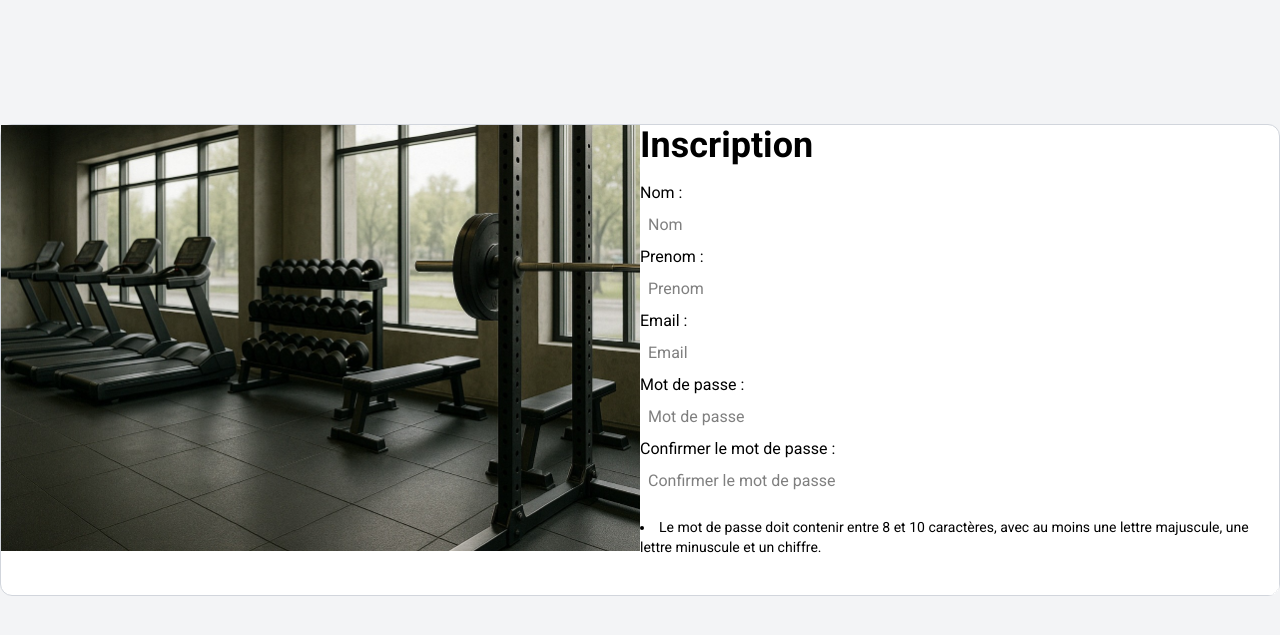
Repository: fahchouchsm/clubSportifWeb
Page: src/pages/inscription.html
These files come from the project's save history. The page is drawn as it stood at one moment and after the next save; the edit follows.
The browser window is 1280 px wide. The pictures show the whole page.

Above is the page before, as saved 2025-04-16 19:55:06.

After the next save:
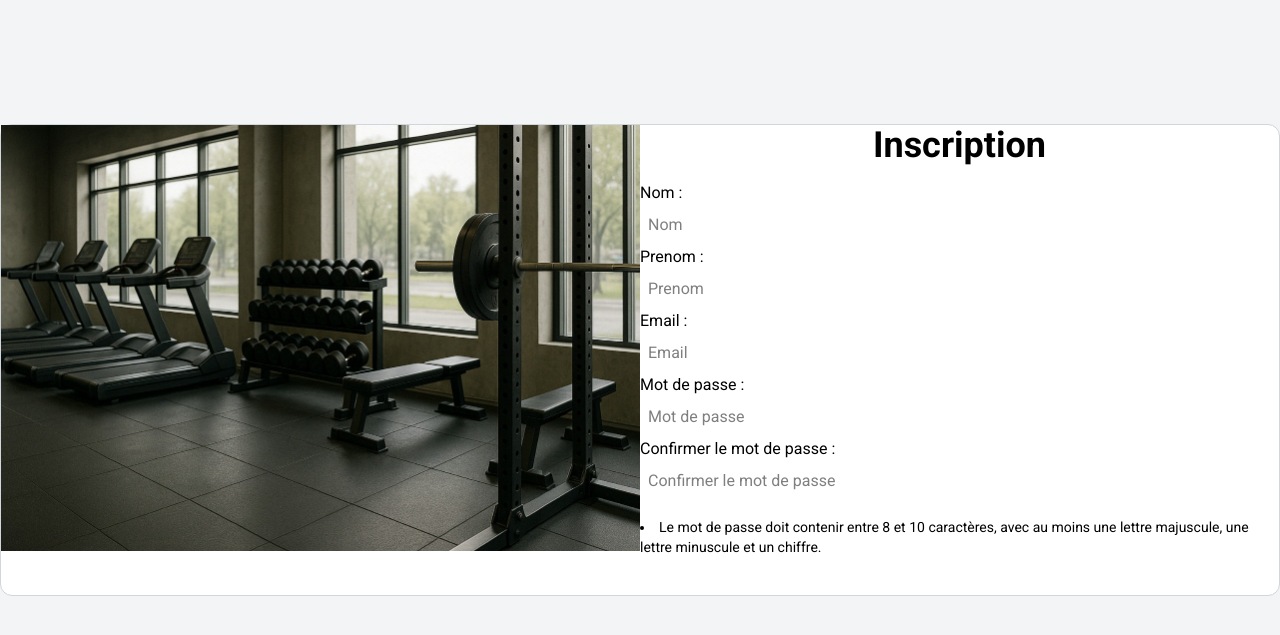
Saved 20 s later.
--- a/src/pages/inscription.html
+++ b/src/pages/inscription.html
@@ -23,7 +23,7 @@
         <form
           action="../php/inscription.php"
           method="post"
-          class="flex w-1/2 flex-col gap-4 p-6"
+          class="flex w-1/2 flex-col items-center gap-4 p-6"
         >
           <h1 class="text-4xl font-bold">Inscription</h1>
           <!-- inputs -->

After the save that followed:
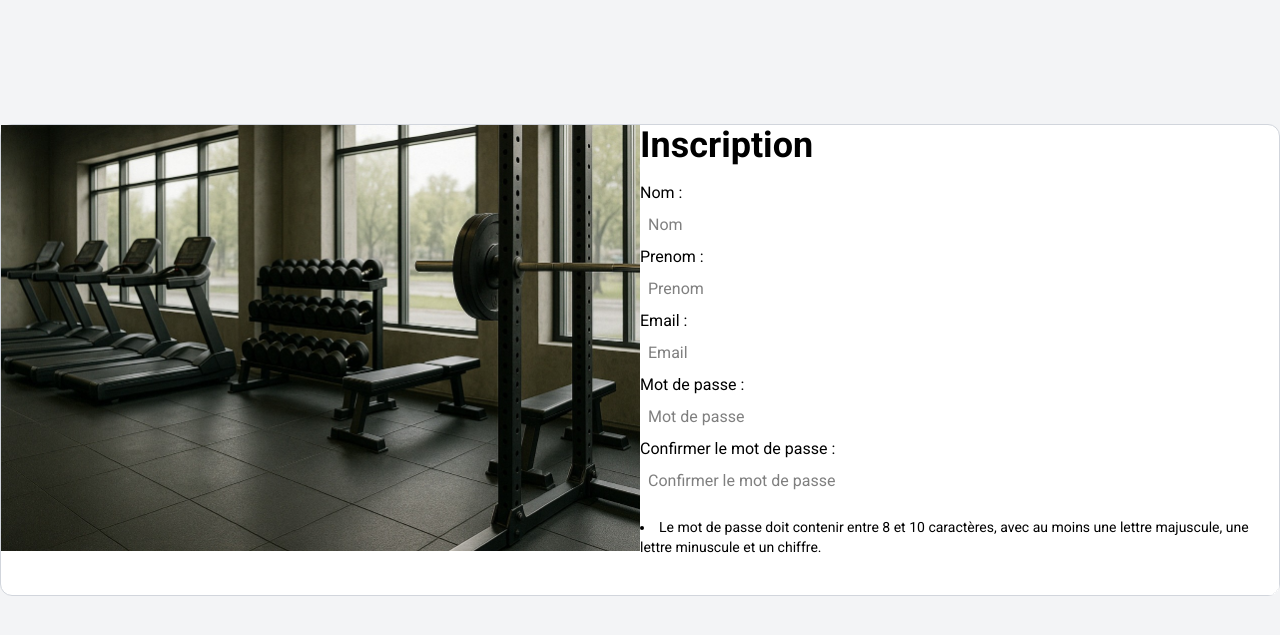
Saved 17 s later.
--- a/src/pages/inscription.html
+++ b/src/pages/inscription.html
@@ -23,7 +23,7 @@
         <form
           action="../php/inscription.php"
           method="post"
-          class="flex w-1/2 flex-col items-center gap-4 p-6"
+          class="flex w-1/2 flex-col justify-center gap-4 p-6"
         >
           <h1 class="text-4xl font-bold">Inscription</h1>
           <!-- inputs -->
